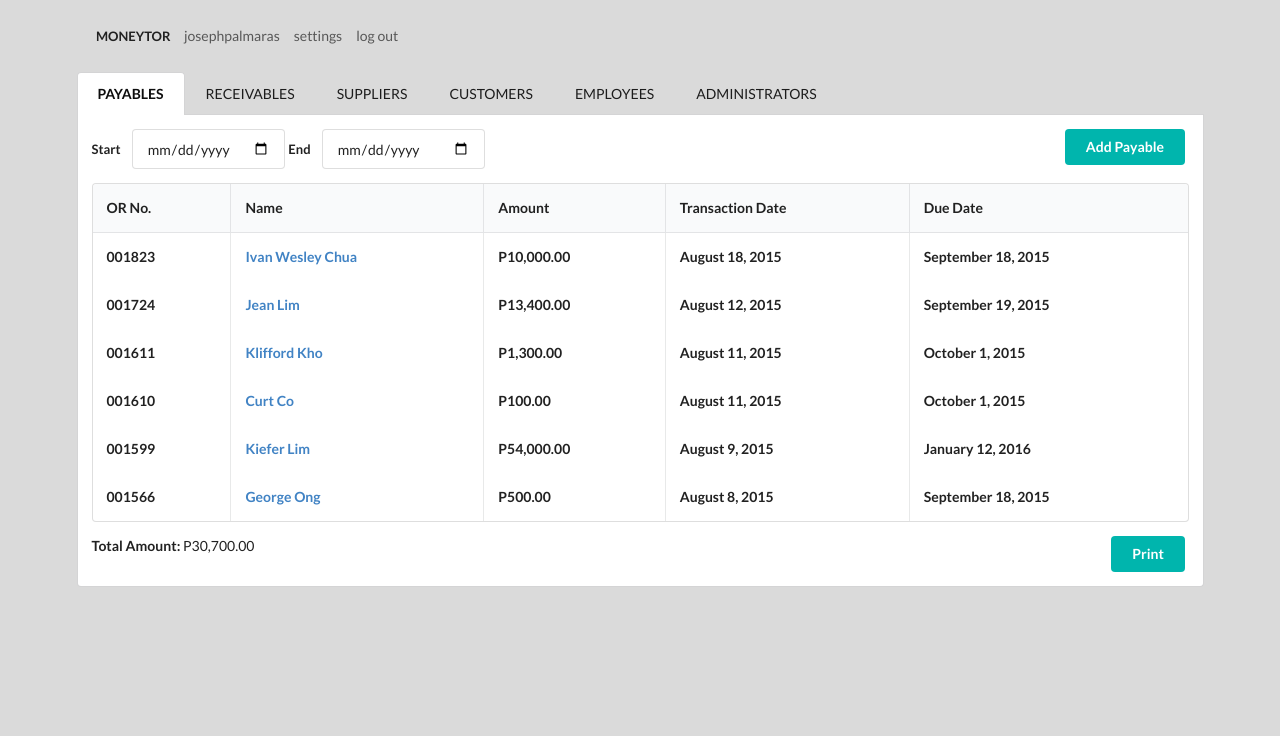
Repository: TV5/MoneyTor
Page: Workspace/MoneyTor/war/main.html
The author's editor kept a copy of each file at every save. The page is drawn from the files as they stood at one save, then again after the next save.
The browser window is 1280 px wide. The pictures show the whole page.

Above is the page before, as saved 2015-08-18 15:58:39.

After the next save:
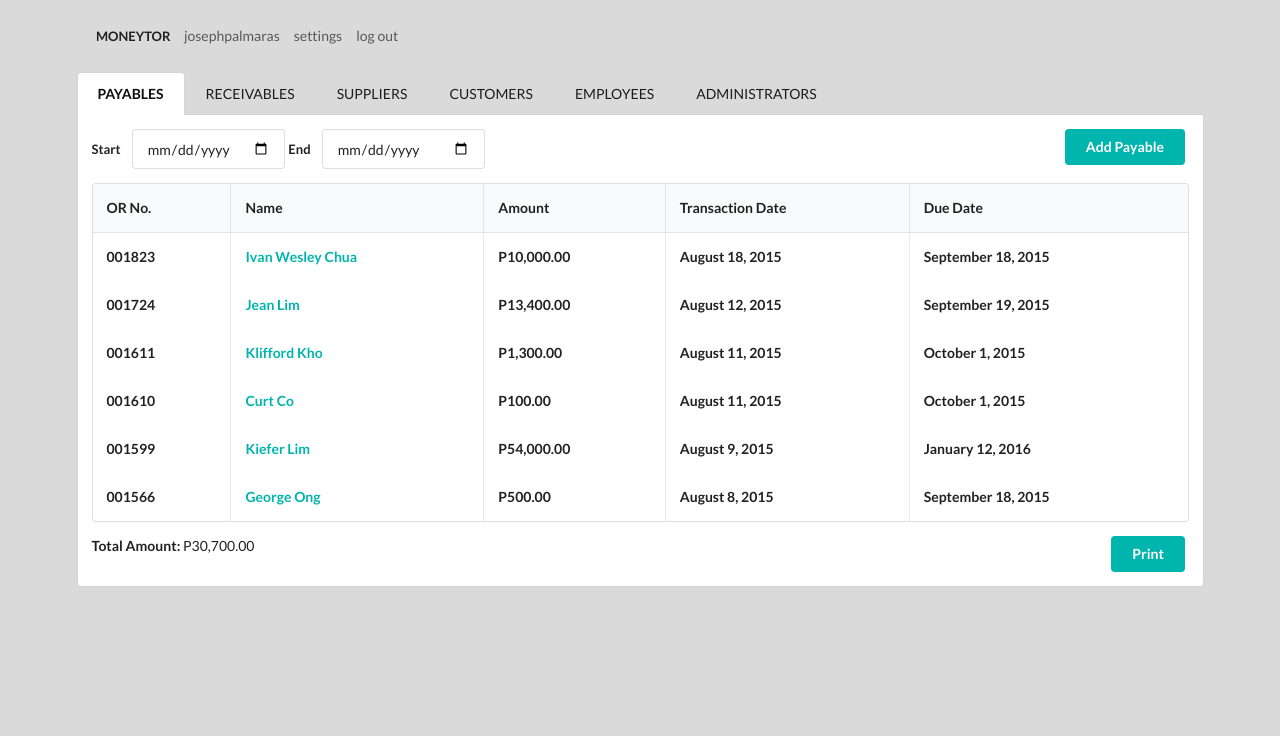
Saved 3 min 40 s later.
--- a/Workspace/MoneyTor/war/main.html
+++ b/Workspace/MoneyTor/war/main.html
@@ -55,6 +55,9 @@
     	padding-left: 20px;
     	padding-right: 20px;
     	padding-top: 0px;
+    }
+    a {
+    	color: #00b5ad;
     }
   </style>
 </head>
